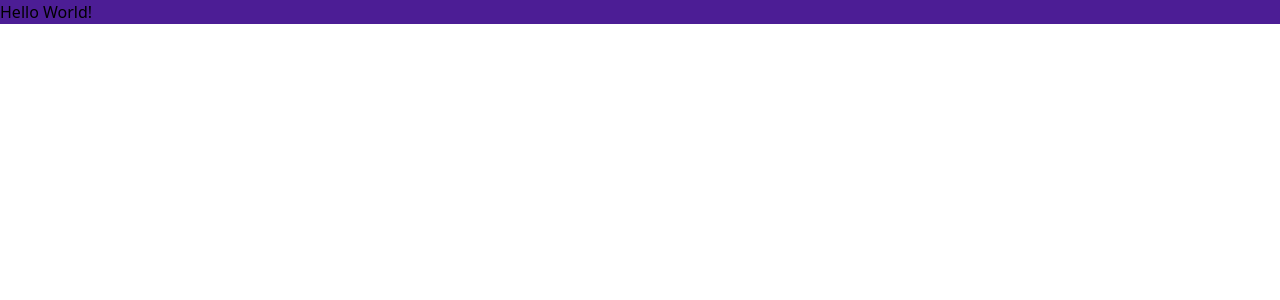
Repository: wandersondacosta/NLW-return-
Page: / (app in web/)
The author's editor kept a copy of each file at every save. The page is drawn from the files as they stood at one save, then again after the next save.
The browser window is 1280 px wide. The pictures show the whole page.
The project was rebuilt for these pictures with package versions that can differ from the ones it lists, and the page was loaded fresh each time. Also part of the build but not shown: web/vite.config.ts.

Above is the page before, as saved 2022-05-02 20:46:44.

### web/src/components/Widget.tsx
export function Widget() {
  return (
    <div className="bg-violet-900">
      <h1>Hello World!</h1>
    </div>
  );
}

### web/tailwind.config.js
module.exports = {
  content: ["./src/**/*.tsx"],
  theme: {
    extend: {},
  },
  plugins: [],
};

Loaded but not shown: web/index.html (common file); web/src/main.tsx (common file); web/src/App.tsx (common file); web/src/global.css (common file)

After the next save:
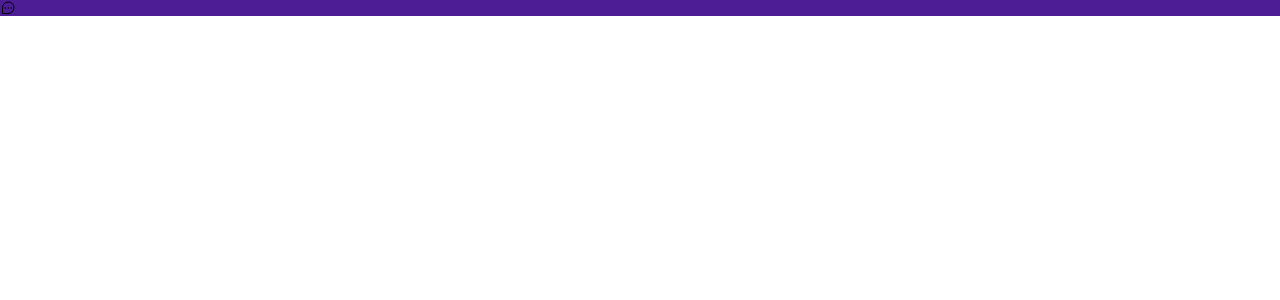
Saved 2 min 46 s later.
--- a/web/src/components/Widget.tsx
+++ b/web/src/components/Widget.tsx
@@ -1,7 +1,11 @@
+import { ChatTeardropDots } from "phosphor-react";
+
 export function Widget() {
   return (
     <div className="bg-violet-900">
-      <h1>Hello World!</h1>
+      <h1>
+        <ChatTeardropDots />
+      </h1>
     </div>
   );
 }
